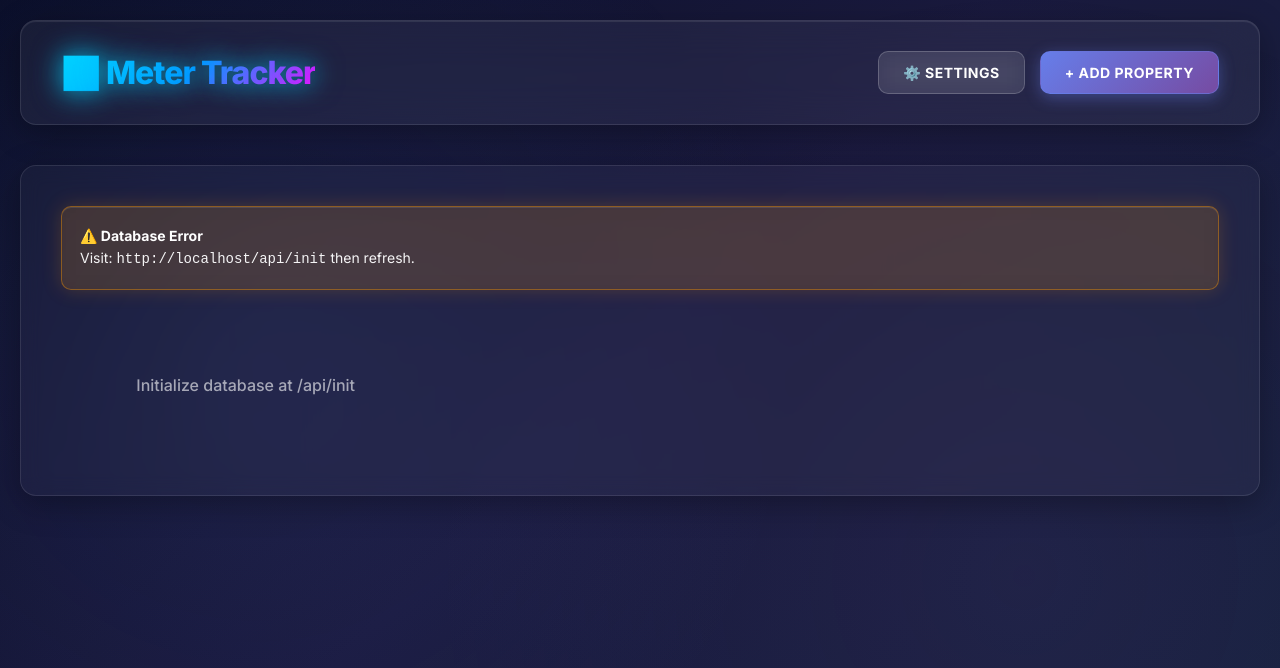
Repository: roshanreddy118/AI-Meter-Management
Page: /
These files come from the project's save history. The page is drawn as it stood at one moment and after the next save; the edit follows.
The browser window is 1280 px wide. The pictures show the whole page.
The page's requests for data from a server got no answer. The project was rebuilt for these pictures with package versions that can differ from the ones it lists, and the page was loaded fresh each time. The framework's server and built-in components were replaced by stand-ins that run in the browser. No one was signed in, and anything a server would have sent is missing. Also part of the build but not shown: next.config.js.

Above is the page before, as saved 2026-06-10 19:23:00.

After the next save:
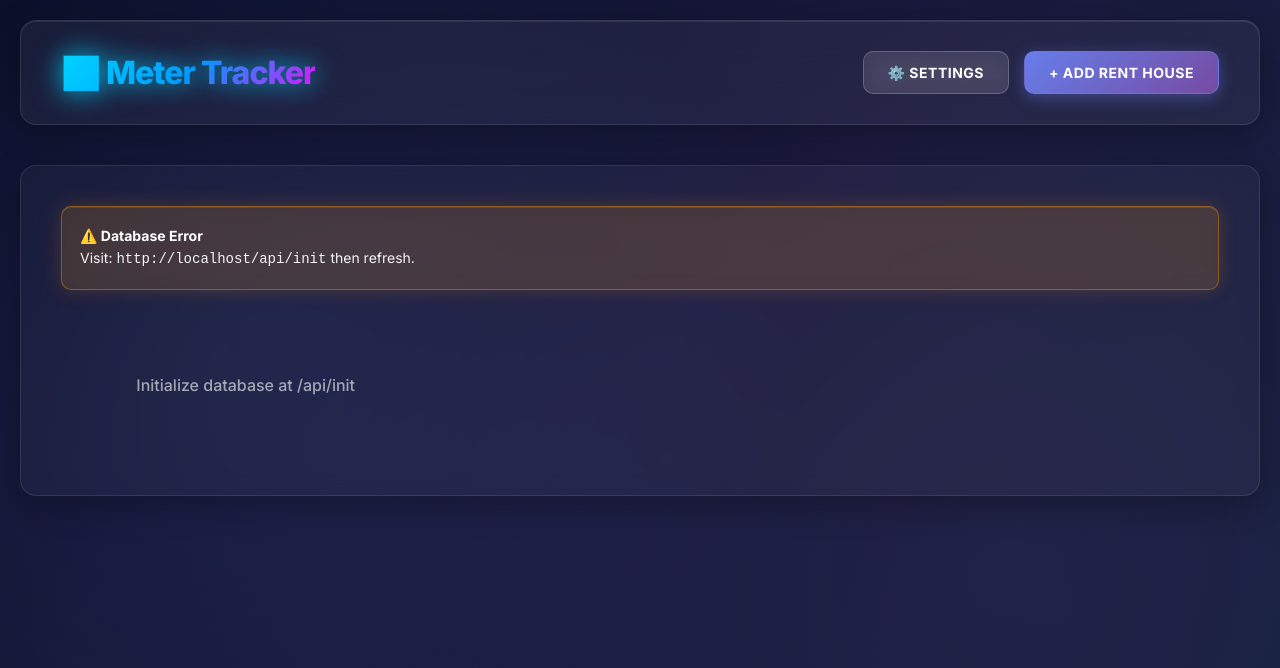
Saved 11 min 26 s later.
--- a/app/page.js
+++ b/app/page.js
@@ -190,7 +190,7 @@ export default function Home() {
             ⚙️ Settings
           </button>
           <button className="btn btn-primary" onClick={() => setShowPropertyModal(true)}>
-            + Add Property
+            + Add Rent House
           </button>
         </div>
       </header>
